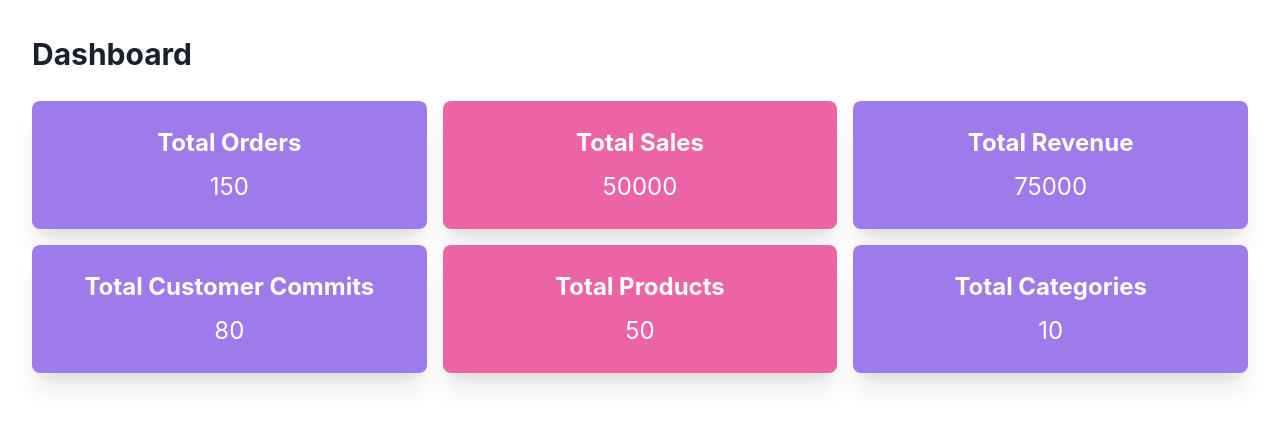
Repository: Andarg01/chakra-dashboard
Page: /
An editor plug-in stored every save of this project. The page is shown before and after the next save, followed by the edit.
The browser window is 1280 px wide. The pictures show the whole page.
The project was rebuilt for these pictures with package versions that can differ from the ones it lists, and the page was loaded fresh each time.

Above is the page before, as saved 2024-03-06 05:12:11.

After the next save:
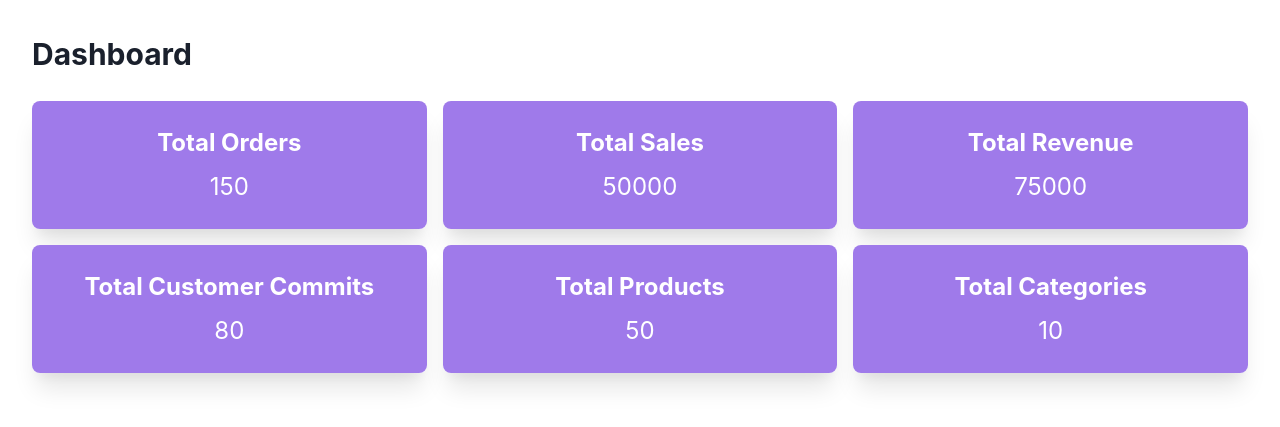
Saved 4 min 52 s later.
--- a/src/components/Dashboard.tsx
+++ b/src/components/Dashboard.tsx
@@ -5,12 +5,10 @@ import { Box, Text, SimpleGrid } from '@chakra-ui/react';
 interface DashboardCardProps {
   title: string;
   value: number;
-  index: number;
 }
 
-const DashboardCard: React.FC<DashboardCardProps> = ({ title, value, index }) => {
-  const colors = ['#9F7AEA', '#ED64A6', '#9F7AEA']; // Purple, Pink, Purple
-  const backgroundColor = colors[index % colors.length];
+const DashboardCard: React.FC<DashboardCardProps> = ({ title, value }) => {
+  const colors = ['#9F7AEA', '#ED64A6', '#9F7AEA', '#ED64A6', '#9F7AEA', '#ED64A6']; // Purple, Pink, Purple, Pink, Purple, Pink
 
   return (
     <Box
@@ -21,7 +19,7 @@ const DashboardCard: React.FC<DashboardCardProps> = ({ title, value, index }) =>
       minH="100px"
       fontSize="2xl"
       color="white"
-      bgGradient={`linear(to-r, ${backgroundColor}, ${backgroundColor})`}
+      bgGradient={`linear(to-r, ${colors[0]}, ${colors[0]})`}
     >
       <Text fontWeight="bold" mb="2">
         {title}
@@ -49,12 +47,12 @@ const Dashboard: React.FC = () => {
       </Text>
 
       <SimpleGrid columns={[1, 2, 3, 3]} spacing="4">
-        <DashboardCard title="Total Orders" value={metricsData.totalOrders} index={0} />
-        <DashboardCard title="Total Sales" value={metricsData.totalSales} index={1} />
-        <DashboardCard title="Total Revenue" value={metricsData.totalRevenue} index={2} />
-        <DashboardCard title="Total Customer Commits" value={metricsData.totalCustomerCommits} index={3} />
-        <DashboardCard title="Total Products" value={metricsData.totalProducts} index={4} />
-        <DashboardCard title="Total Categories" value={metricsData.totalCategories} index={5} />
+        <DashboardCard title="Total Orders" value={metricsData.totalOrders} />
+        <DashboardCard title="Total Sales" value={metricsData.totalSales} />
+        <DashboardCard title="Total Revenue" value={metricsData.totalRevenue} />
+        <DashboardCard title="Total Customer Commits" value={metricsData.totalCustomerCommits} />
+        <DashboardCard title="Total Products" value={metricsData.totalProducts} />
+        <DashboardCard title="Total Categories" value={metricsData.totalCategories} />
       </SimpleGrid>
     </Box>
   );
